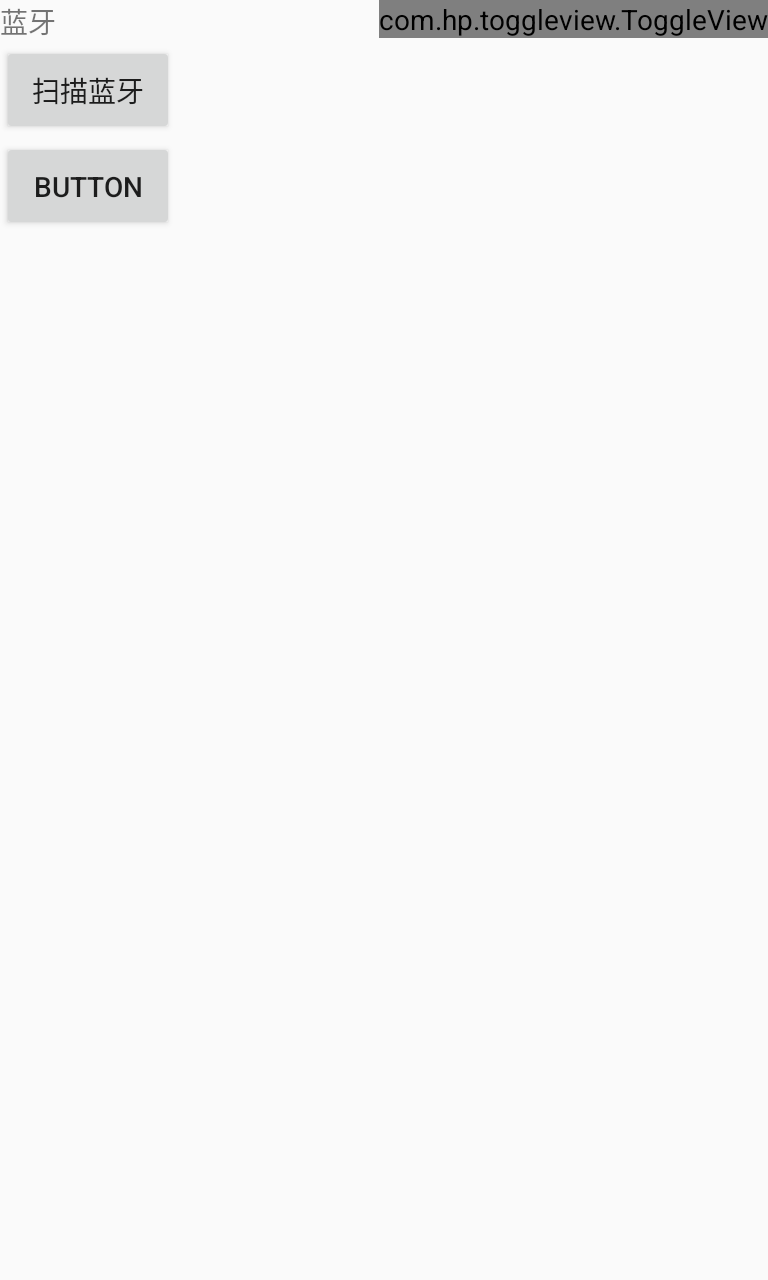
Repository: mimimy/MassagePro
Layout: BLE-Version/MassageTool/res/layout/activity_blooth.xml
An editor plug-in stored every save of this project. The layout is shown before and after the next save, followed by the edit.
Pictures or frames that could not be fetched are drawn as grey boxes. It is drawn on a 768 x 1280 px phone screen (xhdpi) without system bars, with theme AppTheme; the app's code is not run. Lists and similar views that code fills are empty.

Above is the layout before, as saved 2018-07-28 01:55:50.

After the next save:
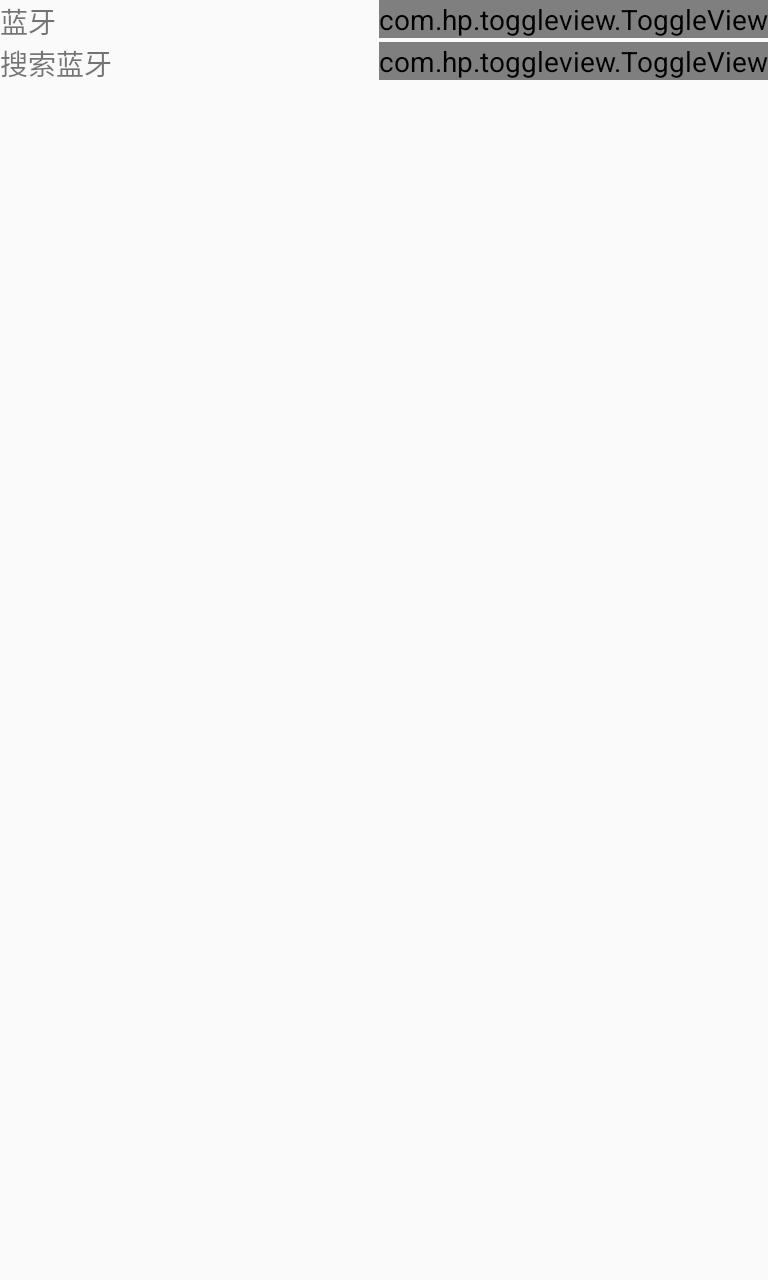
Saved 2 min 45 s later.
--- a/BLE-Version/MassageTool/res/layout/activity_blooth.xml
+++ b/BLE-Version/MassageTool/res/layout/activity_blooth.xml
@@ -26,28 +26,32 @@
 
 		</com.hp.toggleview.ToggleView>
 	   </LinearLayout>
-	<LinearLayout
+	   	<LinearLayout
 	    android:layout_width="match_parent"
 	    android:layout_height="wrap_content"
-	    android:orientation="vertical">
+	    android:orientation="horizontal">
+	    <TextView
+	        android:layout_width="wrap_content"
+	        android:layout_height="wrap_content"
+	        android:layout_weight="1"
+	        android:text="搜索蓝牙"/>
 
-		<Button
-		    android:id="@+id/button1"
-		    android:layout_width="wrap_content"
-		    android:layout_height="wrap_content"
-		    android:text="扫描蓝牙" />
+	    <com.hp.toggleview.ToggleView
+	        android:id="@+id/toggleView"
+	        android:layout_width="wrap_content"
+	        android:layout_height="wrap_content"
+	        android:layout_centerInParent="true"
+	        togview:slide_button="@drawable/slide_button"
+	        togview:switch_background="@drawable/switchbg"
+	        togview:switch_state="false" >
 
-		<Button
-		    android:id="@+id/button2"
-		    android:layout_width="wrap_content"
-		    android:layout_height="wrap_content"
-		    android:text="Button" />
+		</com.hp.toggleview.ToggleView>
+	   </LinearLayout>
 		<ListView
 		    android:layout_width="match_parent"
 		    android:layout_height="wrap_content">
 
 		</ListView>
 
-	</LinearLayout>
 
 </LinearLayout>
